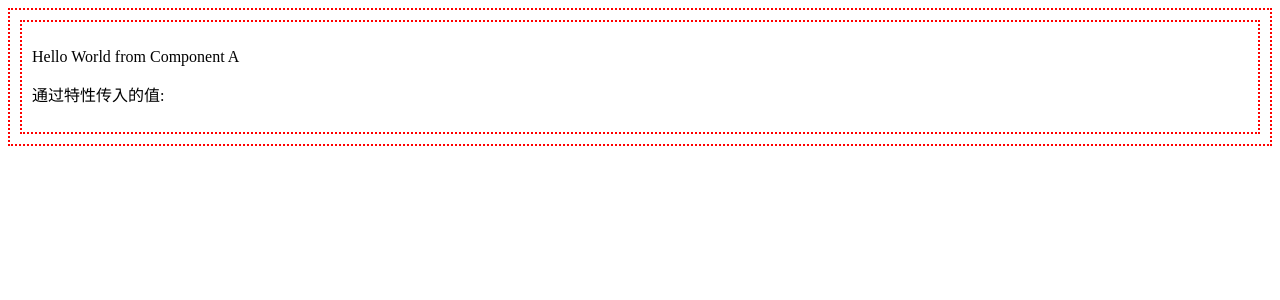
Repository: LavriaNeptune/vue-playground
Page: components-in-depth/component-events/emitting-and-listening-to-event/emitting-and-listening-to-event.html
The author's editor kept a copy of each file at every save. The page is drawn from the files as they stood at one save, then again after the next save.
The browser window is 1280 px wide. The pictures show the whole page.

Above is the page before, as saved 2022-08-22 17:56:14.

### components-in-depth/component-events/emitting-and-listening-to-event/emitting-and-listening-to-event.html
<!DOCTYPE html>
<html lang="en">
  <head>
    <meta charset="UTF-8" />
    <title>Vue</title>
    <script src="https://unpkg.com/vue@3"></script>
    <style>
      div {
        border: 2px dotted red;
        padding: 10px;
      }
    </style>
  </head>
  <body>
    <div id="app"></div>
    <script type="module">
      import MyComponent from './MyComponent.js';

      const { createApp } = Vue;
      const app = createApp({
        data() {
          return {
            msg: 'Hello World',
          };
        },
        methods: {
          someEvent() {
            console.log('Sub-components trigger events');
          },
        },
        template: `<MyComponent @some-event="someEvent"></MyComponent>`,
      });
      app.component('MyComponent', MyComponent);

      app.mount('#app');
    </script>
  </body>
</html>

### components-in-depth/component-events/emitting-and-listening-to-event/MyComponent.js
export default {
  data() {
    return {
      msg: 'Hello World from Component A',
    };
  },
  template: ` <div><p> {{ msg }} </p>
                  <p> 通过特性传入的值:{{foo}} </p>
              </div> `,
};

After the next save:
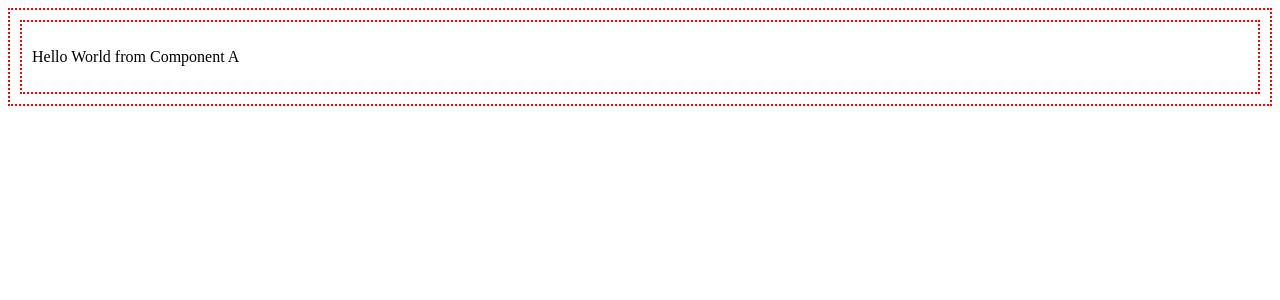
Saved 30 s later.
--- a/components-in-depth/component-events/emitting-and-listening-to-event/MyComponent.js
+++ b/components-in-depth/component-events/emitting-and-listening-to-event/MyComponent.js
@@ -5,6 +5,6 @@ export default {
     };
   },
   template: ` <div><p> {{ msg }} </p>
-                  <p> 通过特性传入的值:{{foo}} </p>
+
               </div> `,
 };
